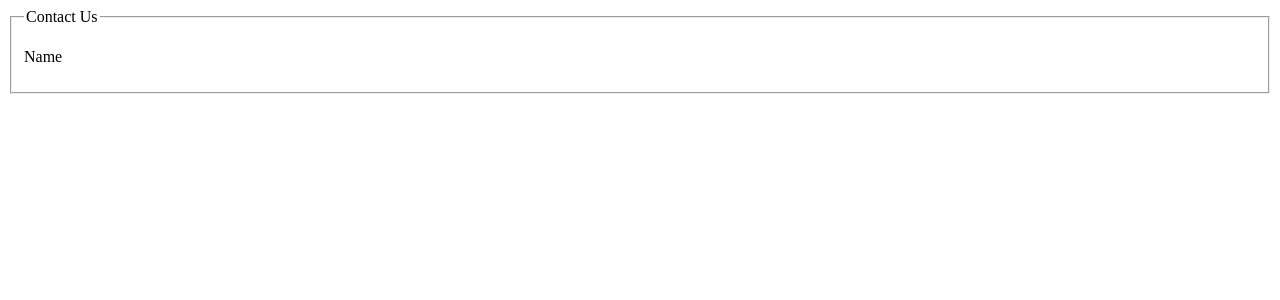
Repository: samuraijane/dc-builders
Page: week6/1-tuesday/homework/exercise2/index.html
These files come from the project's save history. The page is drawn as it stood at one moment and after the next save; the edit follows.
The browser window is 1280 px wide. The pictures show the whole page.

Above is the page before, as saved 2020-08-13 17:19:38.

### week6/1-tuesday/homework/exercise2/index.html
<!doctype html>

<html lang="en">
  <head>
    <meta charset="utf-8">
    <title>Week6 – Tuesday Homework Exercise 2</title>
    <meta name="description" content="Week6 – Tuesday Homework Exercise 2">
    <meta name="author" content="<yourNameGoesHere>">
    <link rel="stylesheet" href="style.css">
  </head>

  <body>
    <fieldset>
      <legend>Contact Us</legend>
      <p>
        <label for="name"> Name </label>

      </p>



    </fieldset>
    <script src="script.js"></script>
  </body>
</html>

Loaded but not shown: week6/1-tuesday/homework/exercise2/style.css (no copy from this time; the picture is the same without it); week6/1-tuesday/homework/exercise2/script.js (empty)

After the next save:
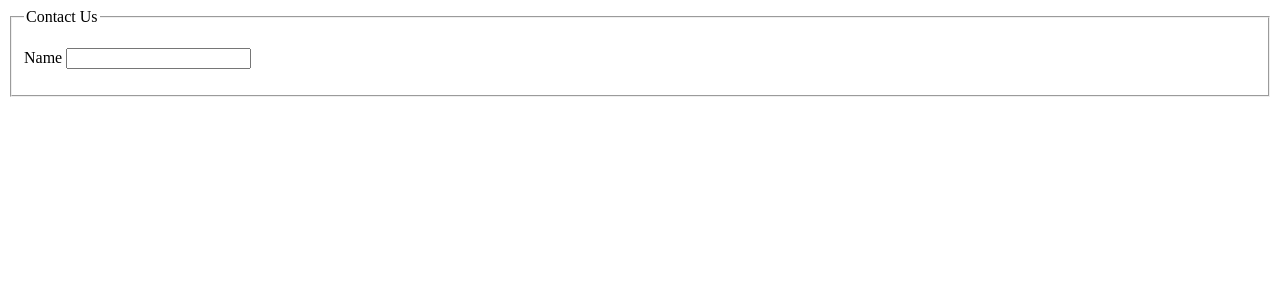
Saved 6 s later.
--- a/week6/1-tuesday/homework/exercise2/index.html
+++ b/week6/1-tuesday/homework/exercise2/index.html
@@ -14,7 +14,7 @@
       <legend>Contact Us</legend>
       <p>
         <label for="name"> Name </label>
-
+        <input type
       </p>
 
 
